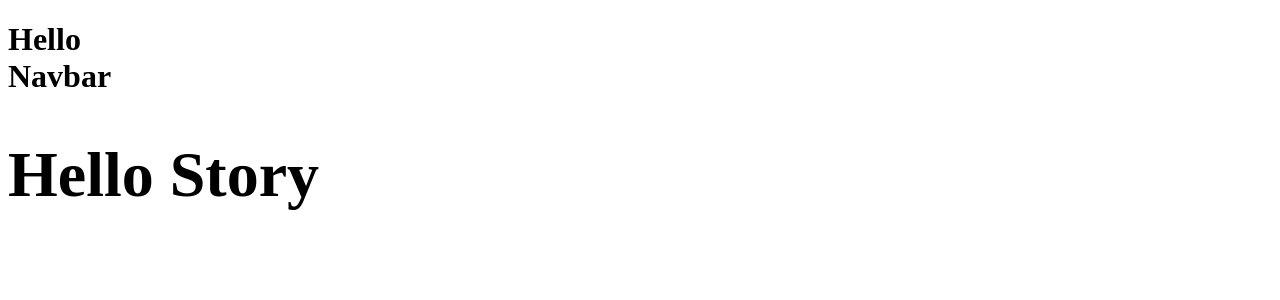
Repository: supakorn5039-boon/React-s
Page: /
The author's editor kept a copy of each file at every save. The page is drawn from the files as they stood at one save, then again after a run of saves.
The browser window is 1280 px wide. The pictures show the whole page.
The project was rebuilt for these pictures with package versions that can differ from the ones it lists, and the page was loaded fresh each time. Also part of the build but not shown: vite.config.js.

Above is the page before, as saved 2024-01-08 23:38:54.

### src/App.jsx
import Navbar from "./components/Navbar";

export default function App() {
  const Story = () => {
    return (
      <>
        <h1>Hello Story</h1>
      </>
    );
  };

  return (
    <h1>
      Hello
      <Navbar />
      <Story />
    </h1>
  );
}

Loaded but not shown: index.html (common file); src/main.jsx (common file); src/components/Navbar.jsx (common file)

After the next 2 saves:
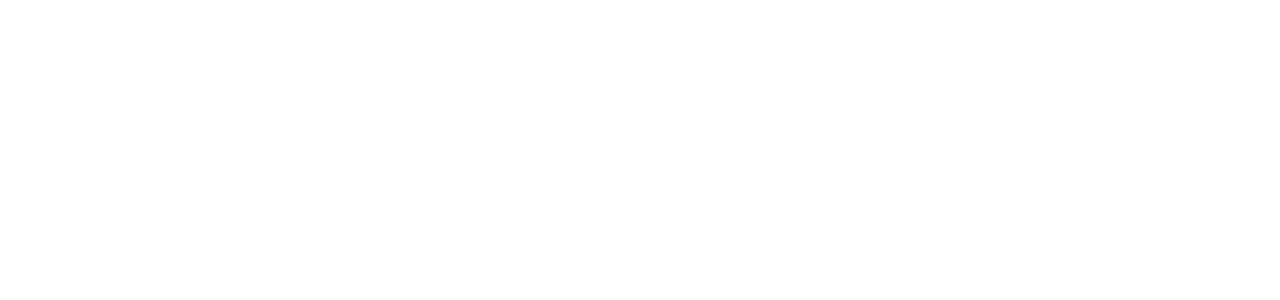
Console error: ReferenceError: Story is not defined
The 2 saves are shown as one change because they came seconds apart.
The last was saved 19 s later.
--- a/src/App.jsx
+++ b/src/App.jsx
@@ -1,13 +1,7 @@
 import Navbar from "./components/Navbar";
 
 export default function App() {
-  const Story = () => {
-    return (
-      <>
-        <h1>Hello Story</h1>
-      </>
-    );
-  };
+
 
   return (
     <h1>

After the save that followed:
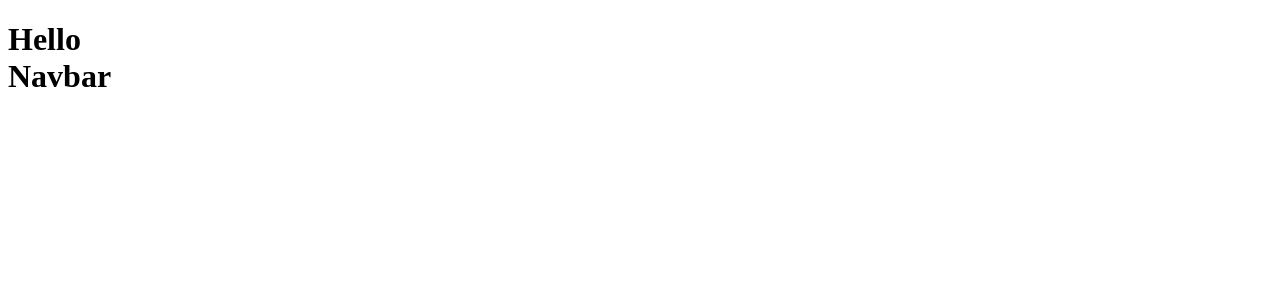
The error is gone.
Saved 4 s later.
--- a/src/App.jsx
+++ b/src/App.jsx
@@ -1,13 +1,10 @@
 import Navbar from "./components/Navbar";
 
 export default function App() {
-
-
   return (
     <h1>
       Hello
       <Navbar />
-      <Story />
     </h1>
   );
 }
